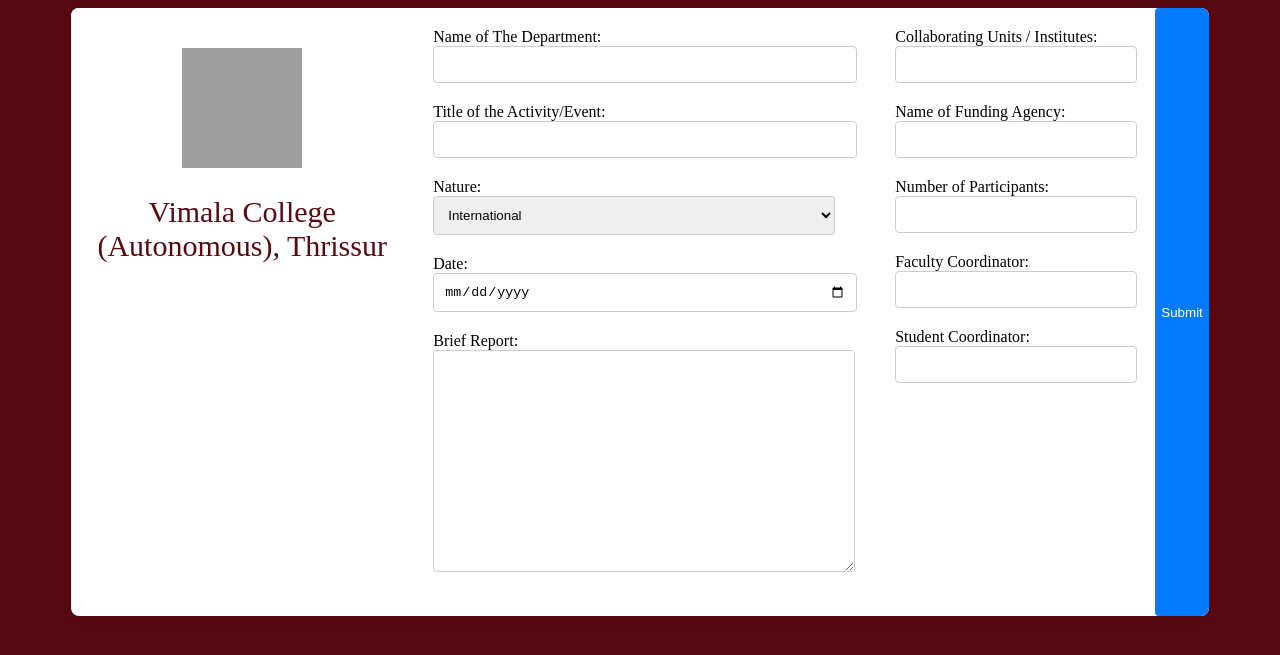
Repository: Rammjay/vimala-activity-report
Page: vim/report/reports/templates/1.html
The author's editor kept a copy of each file at every save. The page is drawn from the files as they stood at one save, then again after a run of saves.
The browser window is 1280 px wide. The pictures show the whole page.
Pictures or frames that could not be fetched are drawn as grey boxes.

Above is the page before, as saved 2024-09-22 14:26:16.

### vim/report/reports/templates/1.html
<!DOCTYPE html>
<html lang="en">
<head>
    <meta charset="UTF-8">
    <meta name="viewport" content="width=device-width, initial-scale=1.0">
    <title>Two-Sided Form</title>
    <style>
        html {
            background-color: #570911;
        }
        h4 {
            text-align: left;
        }
        .container {
            max-width: 90%;
            background-color: rgb(255, 255, 255);
            display: flex;
            justify-content: center;
            margin: auto;
            border-radius: 8px;
            overflow: hidden;
            box-shadow: 0 2px 10px rgba(0, 0, 0, 0.1);
        }
        .forms {
            display: flex;
            width: 100%;
        }
        .side {
            flex: 1;
            padding: 20px;
            box-sizing: border-box;
        }
        .navbar ul {
            display: flex;
            list-style-type: none;
            background-color: rgb(255, 255, 255);
            padding: 0;
            margin: 0;
            width: 100%;
        }
        .logo {
            height: 120px;
            width: 120px;
            padding: 10px;
        }
        .navbar a {
            color: rgb(0, 0, 0);
            text-decoration: none;
            padding: 10px;
            display: block;
            text-align: center;
        }
        .navbar li {
            flex-grow: 1;
        }
        .head {
            font-size: 30px;
            color: #570911;
            text-align: center;
            padding: 20px;
        }
        input, select, textarea {
            width: calc(100% - 20px);
            margin-bottom: 20px;
            padding: 10px;
            border: 1px solid #ccc;
            border-radius: 4px;
        }
        button {
            background-color: #007bff;
            color: white;
            border: none;
            border-radius: 4px;
            cursor: pointer;
        }
        button:hover {
            background-color: #0056b3;
        }
    </style>
</head>
<body>
    <div class="container">
        <nav class="navbar">
            <ul>
                <li class="head"><a href="https://www.vimalacollege.edu.in/"><img src="https://www.vimalacollege.edu.in/images/prelder-logo2.png" class="logo"></a>Vimala College (Autonomous), Thrissur</li>
            </ul>
        </nav>
        <div class="forms">
            <div class="side">

                <form method="post" id="myForm1">
                    <label for="dept">Name of The Department:</label>
                    <input type="text" id="dept" name="dept" required>

                    <label for="Dooc">Title of the Activity/Event:</label>
                    <input type="text" id="Dooc" name="Dooc" maxlength="25" required>

                    <label for="nat">Nature:</label>
                    <select id="nat" name="nat" required>
                        <option value="int">International</option>
                        <option value="nati">National</option>
                        <option value="stat">State</option>
                        <option value="reg">Regional</option>
                        <option value="ins">Institutional</option>
                    </select>

                    <label for="date">Date:</label>
                    <input type="date" id="date" name="date" required>

                    <label for="br">Brief Report:</label>
                    <textarea id="br" name="br" style="width: 400px;height: 200px;" required></textarea>
                </form>
            </div>
            <div class="side">

                <form method="post" id="myForm2">
                    <label for="colu">Collaborating Units / Institutes:</label>
                    <input type="text" id="colu" name="colu" maxlength="25" required>

                    <label for="fund">Name of Funding Agency:</label>
                    <input type="text" id="fund" name="fund" maxlength="25" required>

                    <label for="nop">Number of Participants:</label>
                    <input type="text" id="nop" name="nop" maxlength="25" required>

                    <label for="fco">Faculty Coordinator:</label>
                    <input type="text" id="fco" name="fco" maxlength="25" required>

                    <label for="sco">Student Coordinator:</label>
                    <input type="text" id="sco" name="sco" maxlength="25" required>



                </form>

            </div>

        </div>
        <button type="submit">Submit</button>

    </div>
</body>
</html>

After the next 3 saves:
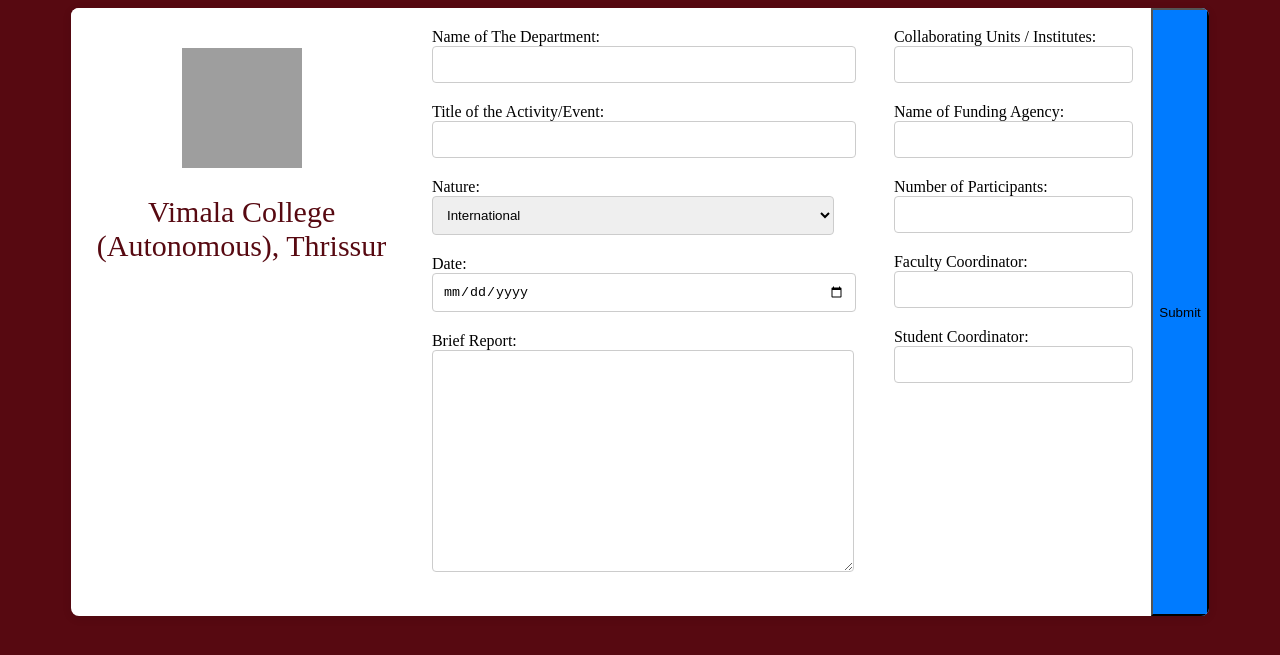
The 3 saves are shown as one change because they came seconds apart.
The last was saved 11 s later.
--- a/vim/report/reports/templates/1.html
+++ b/vim/report/reports/templates/1.html
@@ -68,9 +68,6 @@
         }
         button {
             background-color: #007bff;
-            color: white;
-            border: none;
-            border-radius: 4px;
             cursor: pointer;
         }
         button:hover {
